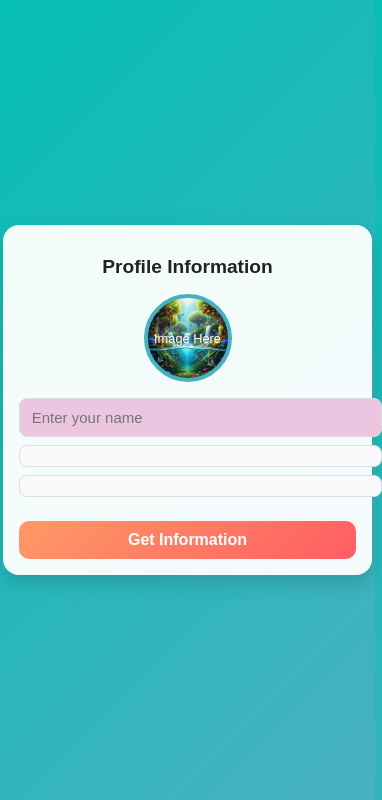
Repository: Amani-Kibet/express-app-web
Page: pages/contents/profile.html
The author's editor kept a copy of each file at every save. The page is drawn from the files as they stood at one save, then again after the next save.
The browser window is 375 px wide. The page is 382 px wide, then 381 px, then 382 px, so the pictures cover 382 px, including what lies to the right of the window. The pictures show the whole page.

Above is the page before, as saved 2025-09-28 17:00:03.

### pages/contents/profile.html
<!DOCTYPE html>
<head>
    <title>Profile Page</title>
    <style>
        body {
            margin: 0;
            padding: 0;
            font-family: "Poppins", sans-serif;
            background: linear-gradient(135deg, #06beb6, #48b1bf);
            display: flex;
            justify-content: center;
            align-items: center;
            min-height: 100vh;
        }

        /* Container */
        #container {
            background: rgba(255, 255, 255, 0.95);
            padding: 1.5rem;
            border-radius: 16px;
            box-shadow: 0 8px 20px rgba(0, 0, 0, 0.15);
            text-align: center;

            /* responsive sizing */
            width: 90%;
            max-width: 400px;   /* fits nicely on phones & tablets */
            height: auto;       /* no fixed height */
        }

        /* Heading */
        #container h2 {
            margin-bottom: 1rem;
            color: #222;
            font-size: 1.4rem;
        }

        /* Profile Image */
        #image {
            background: url(/pictures/profilePic.jpg) center/cover no-repeat;
            width: 100px;
            height: 100px;
            margin: 0 auto 1rem auto;
            border-radius: 50%;
            border: 4px solid #48b1bf;
            display: flex;
            justify-content: center;
            align-items: center;
            color: white;
            font-size: 0.8rem;
        }

        /* Input */
        .labels {
            display: block;
            width: 100%;
            padding: 10px 12px;
            margin: 0.5rem 0;
            border: 1px solid #ddd;
            border-radius: 8px;
            font-size: 1rem;
            outline: none;
            background: #f9f9f9;
        }

        .labels:focus {
            border-color: #48b1bf;
            background: #fff;
        }

        /* Button */
        #btn1 {
            background: linear-gradient(135deg, #ff9966, #ff5e62);
            color: white;
            font-size: 1rem;
            font-weight: bold;
            padding: 10px 18px;
            border: none;
            border-radius: 10px;
            margin-top: 1rem;
            cursor: pointer;
            width: 100%;   /* button fits phone screens */
        }

        /* Small screens */
        @media (max-width: 480px) {
            #container {
                padding: 1rem;
            }
            #container h2 {
                font-size: 1.2rem;
            }
            #image {
                width: 80px;
                height: 80px;
            }
        }

    </style>
</head>
<body>
    <div id="container">
        <h2>Profile Information</h2>
        <div id="image">Image Here</div>
        <input type="text" id="nameT" class="labels" placeholder="Enter your name" style="font-size: 15px; background: #ecc5e1; color: rgb(0, 38, 255)">
        <p id="phoneT" class="labels"></p>
        <p id="passT" class="labels"></p>
        <button id="btn1" onclick="getInfo()">Get Information</button>
    </div>
</body>
<script>
let phoneV= document.getElementById("phoneV");
let passV= document.getElementById("passV");

function getInfo(){
let nameT= document.getElementById("nameT").value;
fetch("/path3", {
    method: "POST",
    headers: {"Content-Type": "application/json"},
    body: JSON.stringify({name: `${nameT}`})
})
.then(type=> type.json())
.then(data=>{
    let info= data.arr[0]
    phoneT.innerHTML="Phone Number: ";
    passT.innerHTML="Password: ";
    phoneT.innerHTML+= `  ${info.phone}`;
    passT.innerHTML+= `  ${info.password}`;
})
}
</script>
</html>

After the next save:
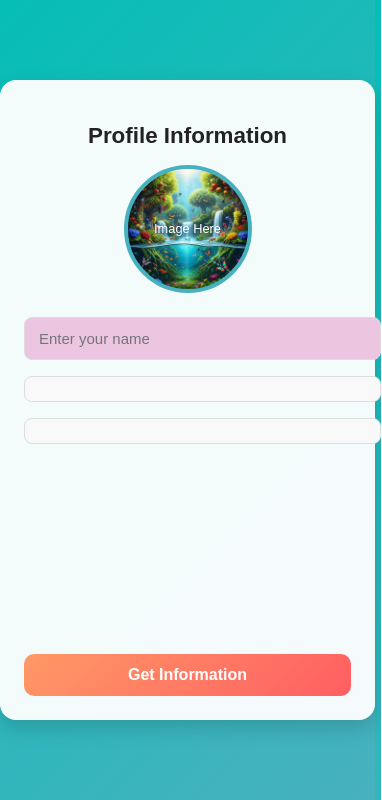
Saved 93 s later.
--- a/pages/contents/profile.html
+++ b/pages/contents/profile.html
@@ -21,10 +21,15 @@
             box-shadow: 0 8px 20px rgba(0, 0, 0, 0.15);
             text-align: center;
 
-            /* responsive sizing */
-            width: 90%;
-            max-width: 400px;   /* fits nicely on phones & tablets */
-            height: auto;       /* no fixed height */
+            /* fill screen size */
+            width: 100%;
+            max-width: 100%;   /* no restriction */
+            height: 80vh;      /* 80% of viewport height */
+            box-sizing: border-box;
+
+            display: flex;
+            flex-direction: column;
+            justify-content: center;
         }
 
         /* Heading */
@@ -37,8 +42,8 @@
         /* Profile Image */
         #image {
             background: url(/pictures/profilePic.jpg) center/cover no-repeat;
-            width: 100px;
-            height: 100px;
+            width: 120px;
+            height: 120px;
             margin: 0 auto 1rem auto;
             border-radius: 50%;
             border: 4px solid #48b1bf;
@@ -53,7 +58,7 @@
         .labels {
             display: block;
             width: 100%;
-            padding: 10px 12px;
+            padding: 12px 14px;
             margin: 0.5rem 0;
             border: 1px solid #ddd;
             border-radius: 8px;
@@ -73,27 +78,14 @@
             color: white;
             font-size: 1rem;
             font-weight: bold;
-            padding: 10px 18px;
+            padding: 12px 18px;
             border: none;
             border-radius: 10px;
-            margin-top: 1rem;
+            margin-top: auto;  /* pushes button down */
             cursor: pointer;
-            width: 100%;   /* button fits phone screens */
+            width: 100%;
         }
 
-        /* Small screens */
-        @media (max-width: 480px) {
-            #container {
-                padding: 1rem;
-            }
-            #container h2 {
-                font-size: 1.2rem;
-            }
-            #image {
-                width: 80px;
-                height: 80px;
-            }
-        }
 
     </style>
 </head>

After the save that followed:
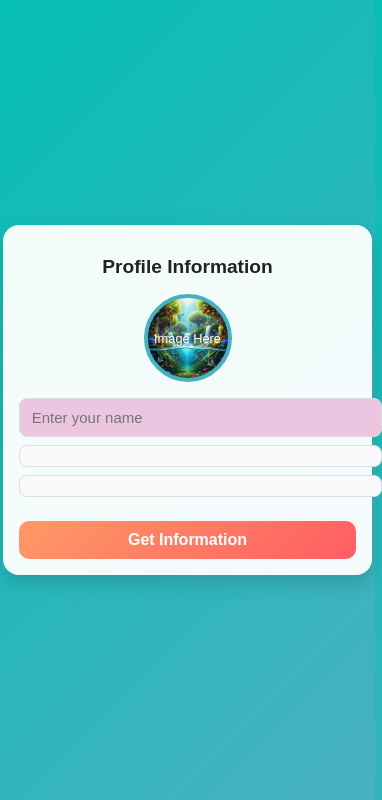
Saved 25 s later.
--- a/pages/contents/profile.html
+++ b/pages/contents/profile.html
@@ -21,15 +21,10 @@
             box-shadow: 0 8px 20px rgba(0, 0, 0, 0.15);
             text-align: center;
 
-            /* fill screen size */
-            width: 100%;
-            max-width: 100%;   /* no restriction */
-            height: 80vh;      /* 80% of viewport height */
-            box-sizing: border-box;
-
-            display: flex;
-            flex-direction: column;
-            justify-content: center;
+            /* responsive sizing */
+            width: 90%;
+            max-width: 400px;   /* fits nicely on phones & tablets */
+            height: auto;       /* no fixed height */
         }
 
         /* Heading */
@@ -42,8 +37,8 @@
         /* Profile Image */
         #image {
             background: url(/pictures/profilePic.jpg) center/cover no-repeat;
-            width: 120px;
-            height: 120px;
+            width: 100px;
+            height: 100px;
             margin: 0 auto 1rem auto;
             border-radius: 50%;
             border: 4px solid #48b1bf;
@@ -58,7 +53,7 @@
         .labels {
             display: block;
             width: 100%;
-            padding: 12px 14px;
+            padding: 10px 12px;
             margin: 0.5rem 0;
             border: 1px solid #ddd;
             border-radius: 8px;
@@ -78,14 +73,27 @@
             color: white;
             font-size: 1rem;
             font-weight: bold;
-            padding: 12px 18px;
+            padding: 10px 18px;
             border: none;
             border-radius: 10px;
-            margin-top: auto;  /* pushes button down */
+            margin-top: 1rem;
             cursor: pointer;
-            width: 100%;
+            width: 100%;   /* button fits phone screens */
         }
 
+        /* Small screens */
+        @media (max-width: 480px) {
+            #container {
+                padding: 1rem;
+            }
+            #container h2 {
+                font-size: 1.2rem;
+            }
+            #image {
+                width: 80px;
+                height: 80px;
+            }
+        }
 
     </style>
 </head>
